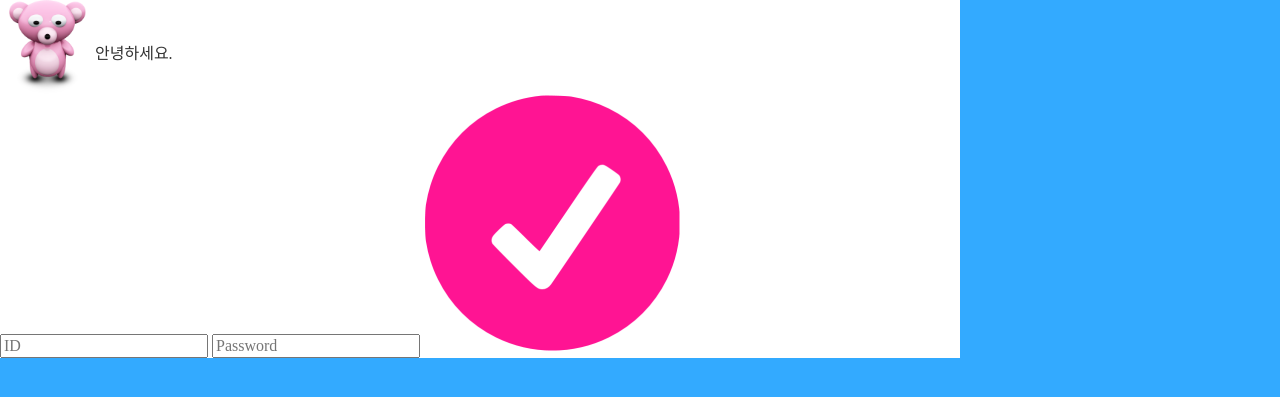
Repository: BaekJiGyeong/JSP_web
Page: http://localhost/Article/
The author's editor kept a copy of each file at every save. The page is drawn from the files as they stood at one save, then again after the next save.
The browser window is 1280 px wide. The pictures show the whole page.
The page is served by Tomcat 9.

Above is the page before, as saved 2016-03-03 06:43:18.

After the next save:
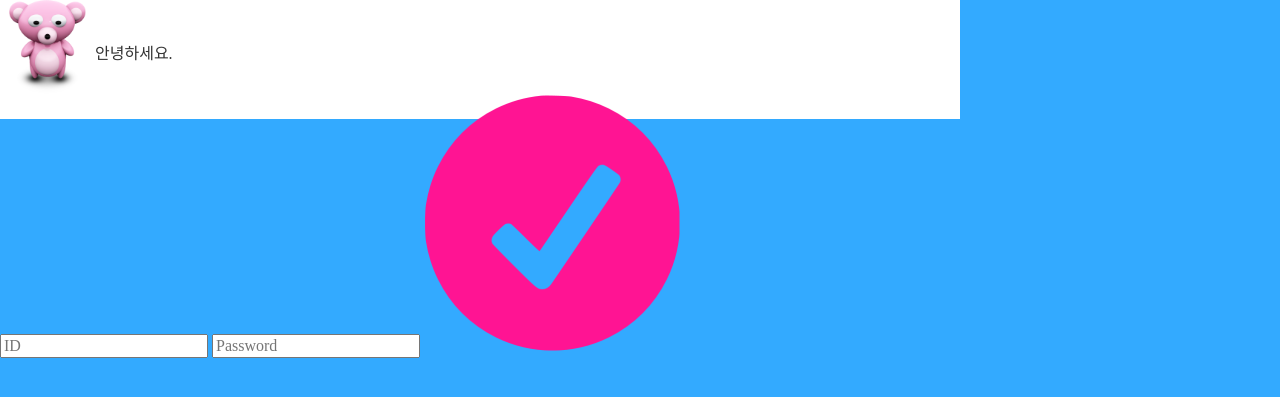
Saved 1 s later.
--- a/Article/WebContent/WEB-INF/view/common/header.jsp
+++ b/Article/WebContent/WEB-INF/view/common/header.jsp
@@ -5,6 +5,7 @@
 <head>
 <meta http-equiv="Content-Type" content="text/html; charset=UTF-8">
 <link rel="stylesheet" type="text/css" href="/resource/css/header.css"/>
+<link rel="stylesheet" type="text/css" href="/resource/css/login.css"/>
 <title>회원제 게시판</title>
 </head>
 <body>
